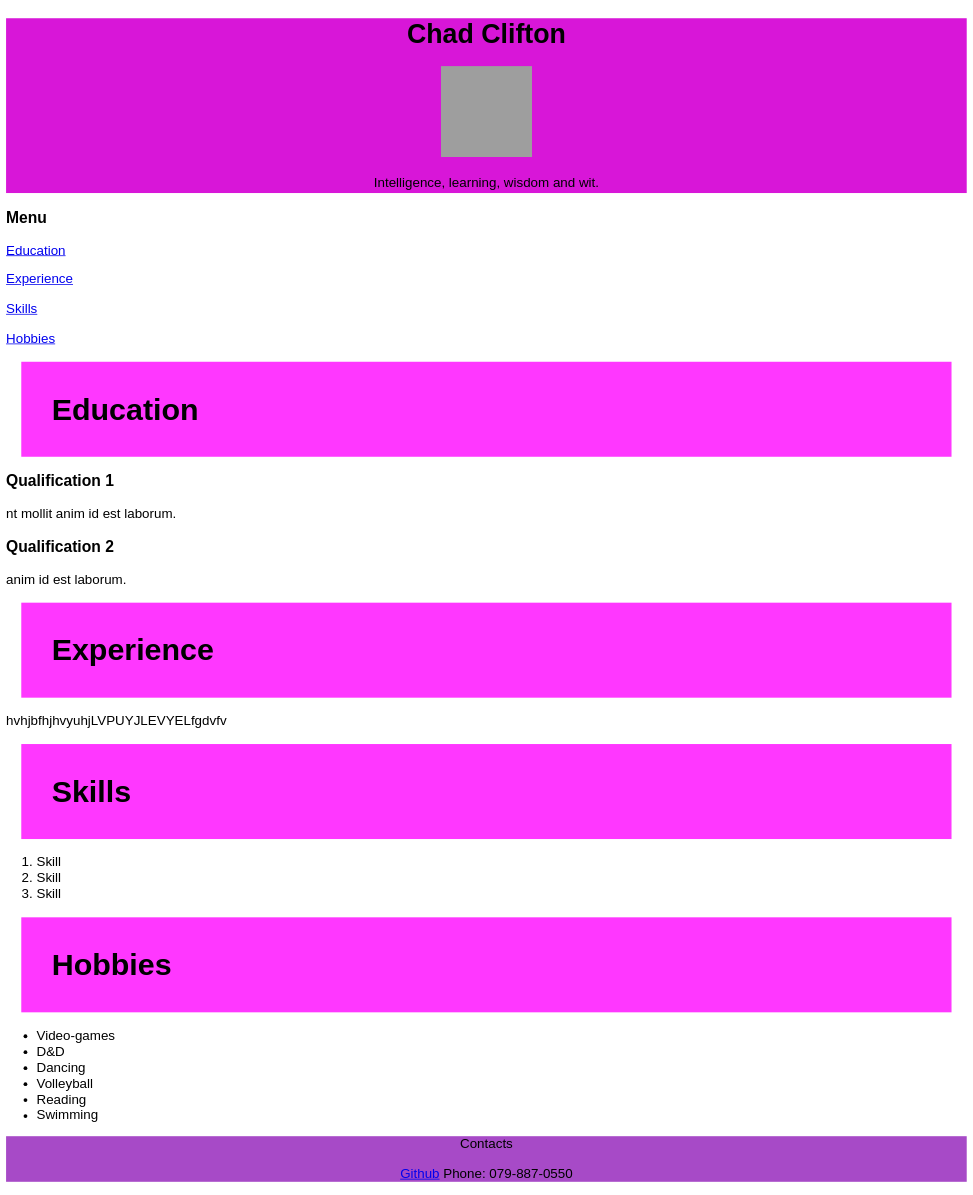
Repository: ChadClifton/onlineResume
Page: resume1.html
An editor plug-in stored every save of this project. The page is shown before and after the next save, followed by the edit.
The browser window is 1280 px wide. The pictures show the whole page, at 76% of full size.
Pictures or frames that could not be fetched are drawn as grey boxes.

Above is the page before, as saved 2022-02-14 09:16:41.

After the next save:
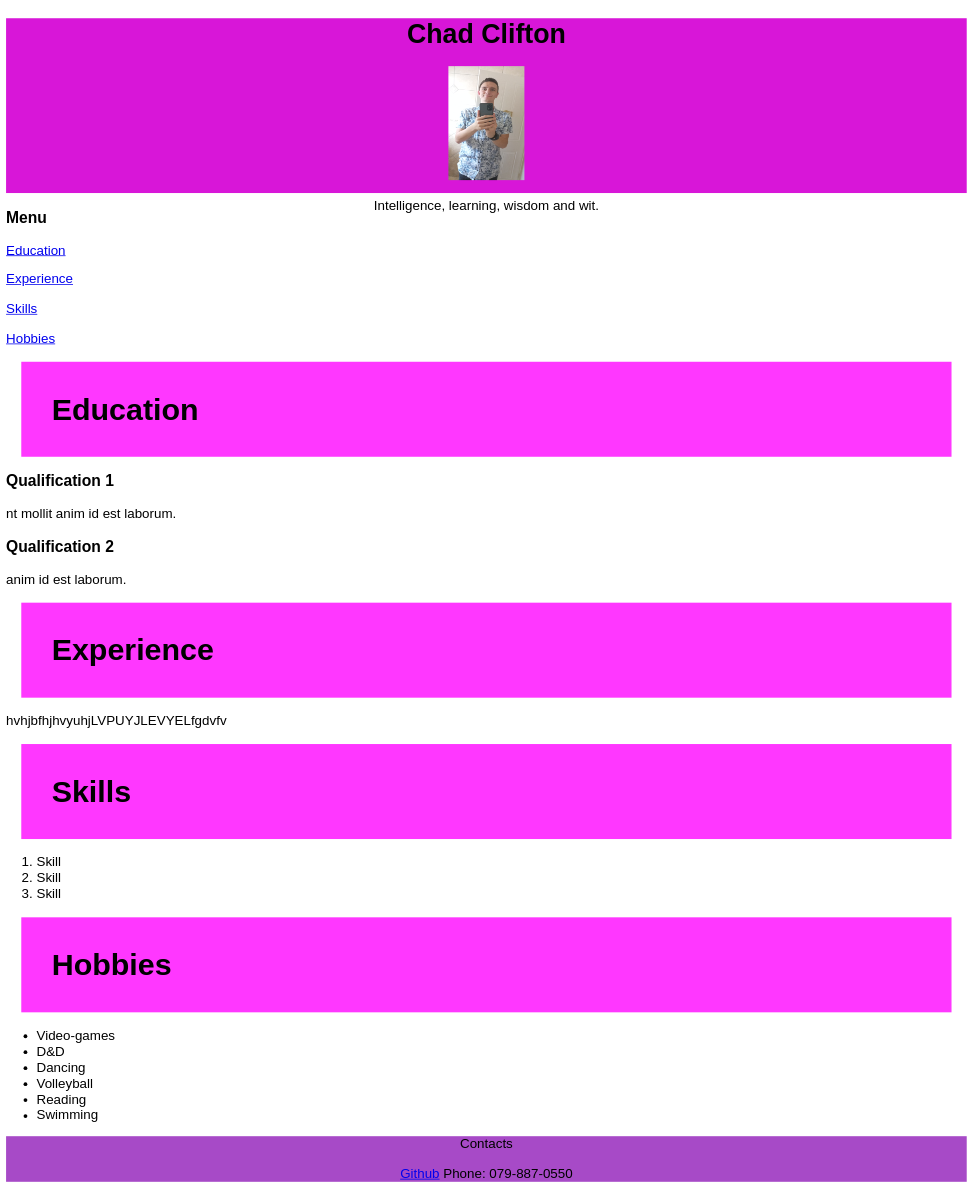
Saved 46 min 25 s later.
--- a/resume1.html
+++ b/resume1.html
@@ -9,7 +9,7 @@
 <header>
    <h1> Chad Clifton </h1>
    <img class="Profile Picture"
-        src="C:\Codespace\GitHub\onlineResume\images\Profile.PNG" width="120" height="120">
+      src="./images/profilePhoto.jpeg" width="100" height="150">
    <p> Intelligence, learning, wisdom and wit. </p>
 </header>
 
